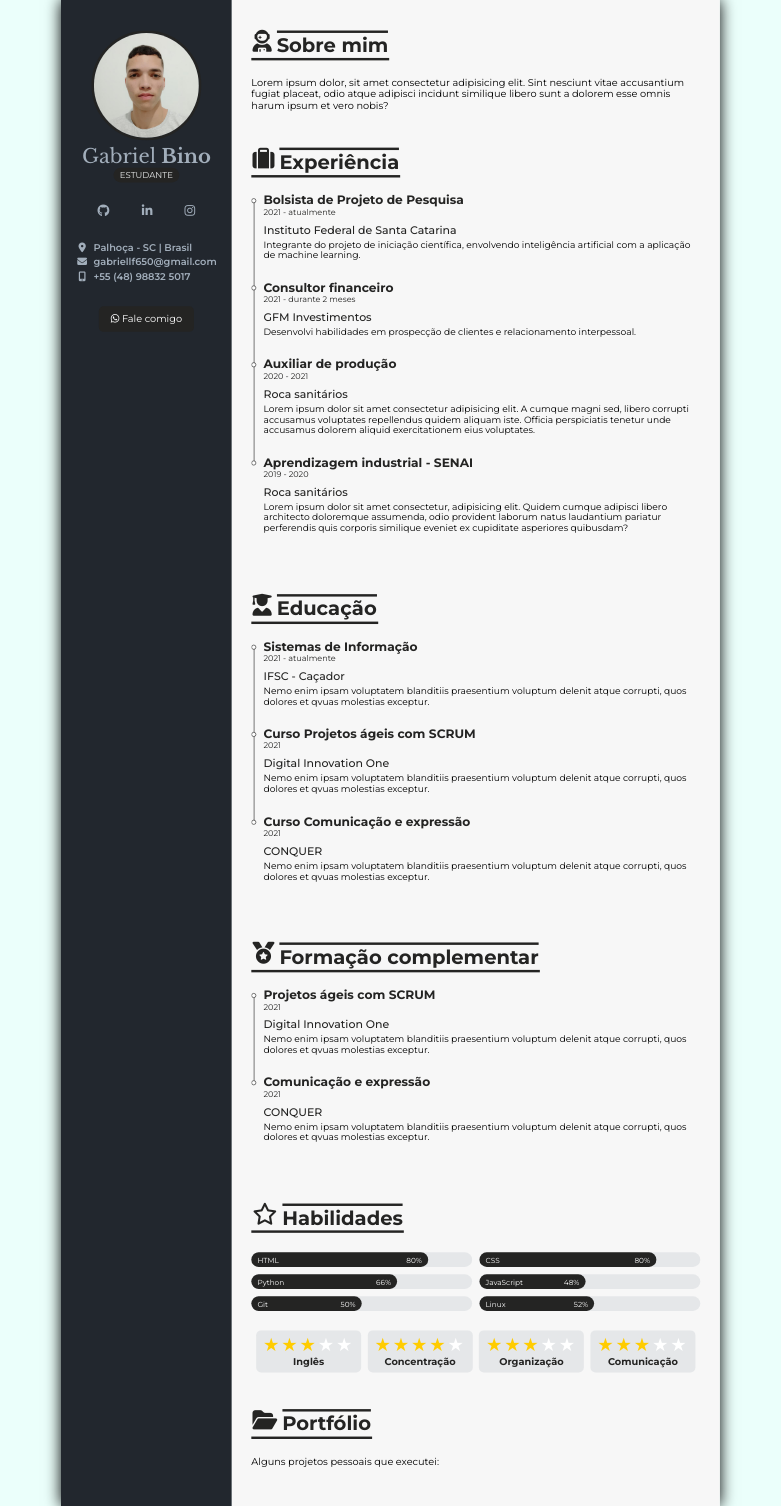
Repository: gabrielbino/curriculoResponsivo
Page: index.html
The author's editor kept a copy of each file at every save. The page is drawn from the files as they stood at one save, then again after the next save.
The browser window is 1280 px wide. The pictures show the whole page, at 61% of full size.
Some web libraries are served in a nearby version.

Above is the page before, as saved 2021-10-19 22:33:33.

After the next save:
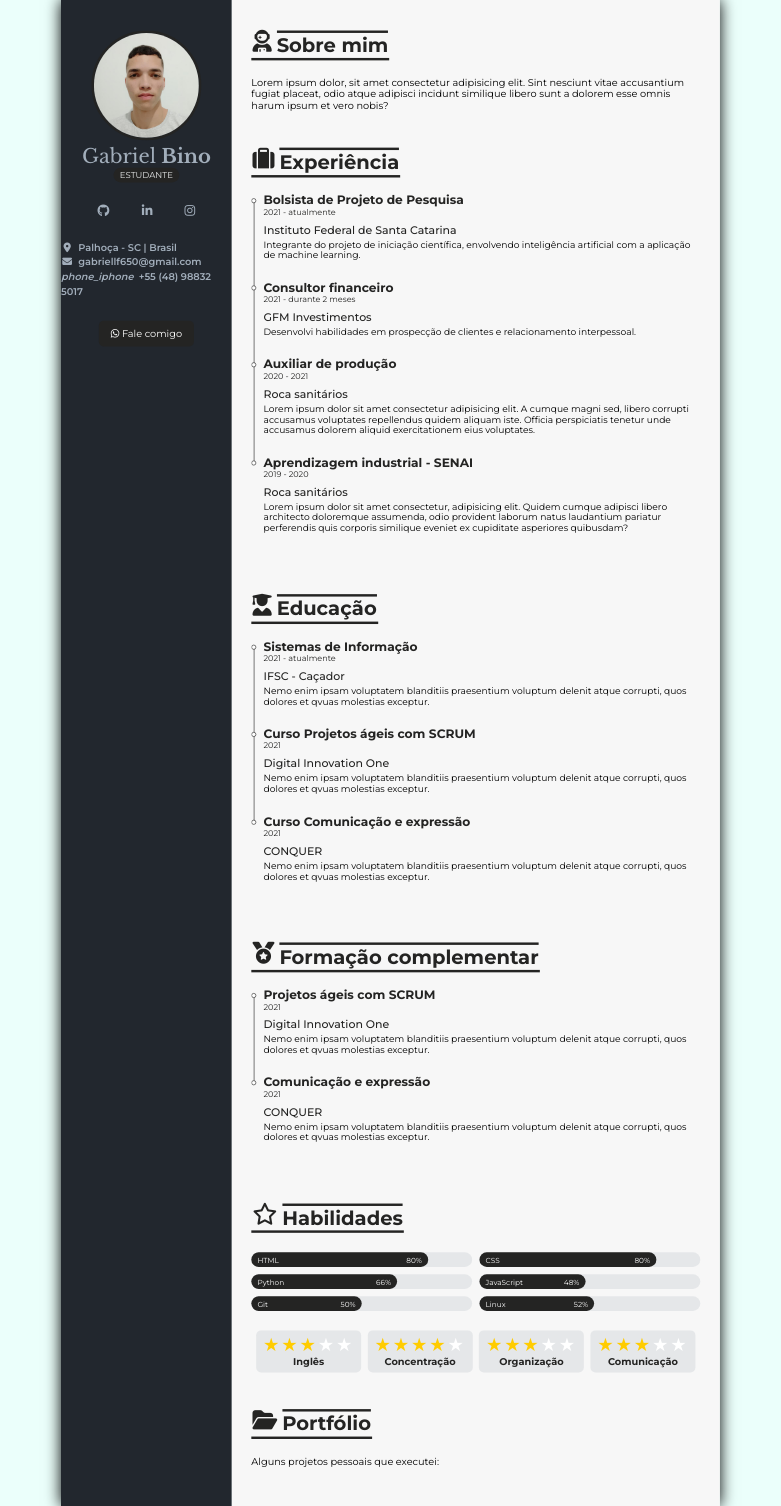
Saved 3 min 59 s later.
--- a/index.html
+++ b/index.html
@@ -58,7 +58,7 @@
               >
             </li>
             <li>
-              <i class="fas fa-mobile-alt"></i>
+              <i class="material-icons-round">phone_iphone</i>
               <a href="tel:+5548988325017">+55 (48) 98832 5017</a>
             </li>
           </ul>
